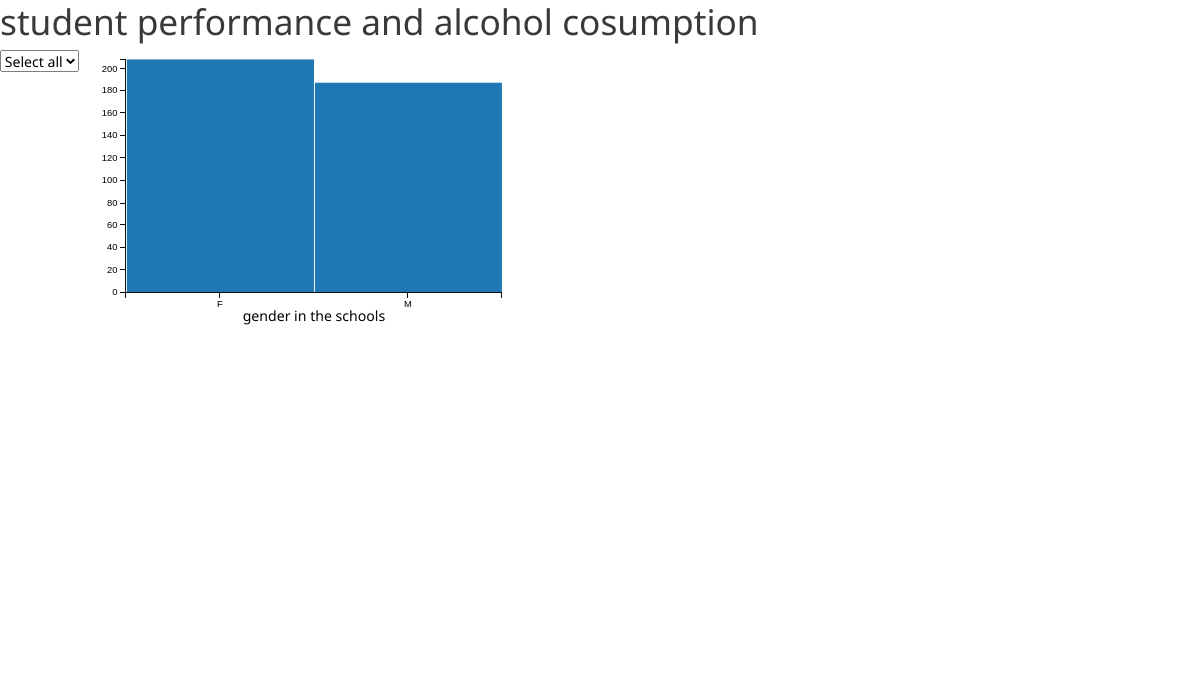
Repository: Baal89/second-milestone-project
Page: index.html
The author's editor kept a record of every edit. The page is drawn from the files as they stood at one moment, then again after the next edit.
The browser window is 1280 px wide. The pictures show the whole page, at 94% of full size.

Above is the page before.
Console error: TypeError: Cannot read properties of null (reading 'textContent')

### index.html
<!DOCTYPE html>
<html>
    <head>
        <meta charset="UTF-8">
        <meta name="viewport" content="width=device-width, initial-scale=1.0">
        <meta http-equiv="X-UA-Compatible" content"ie=edge">
        <title> dashboard </title>

        <link rel="stylesheet" href="static/css/bootstrap.min.css" type="text/css" />
        <link rel="stylesheet" href="static/css/dc.min.css" type="text/css" />

        <script type="text/javascript" src="static/js/d3.min.js"></script>
        <script type="text/javascript" src="static/js/crossfilter.min.js"></script>
        <script type="text/javascript" src="static/js/dc.min.js"></script>
        <script type="text/javascript" src="static/js/queue.min.js"></script>
        <script type="text/javascript" src="static/js/graph.js"></script>

    </head>

    <body>


        <h1> student performance and alcohol cosumption </h1>

        <div id="discipline-selector"></div>

        <div id="sex-distribution"></div>


    </body>
</html>

### static/js/graph.js
queue()
    .defer(d3.csv, "data/student-mat.csv")
    .await(makeGraphs);

function makeGraphs(error, performanceData) {
    var ndx = crossfilter(performanceData);

    show_discipline_selector(ndx);

    show_sex_distribution(ndx);
    show_age_distribution(ndx);
    show_mother_education(ndx);
    show_father_education(ndx);

    show_performance_to_workday_alcohol_cosumption(ndx);

    dc.renderAll();
}

function show_discipline_selector(ndx) {
    dim = ndx.dimension(dc.pluck("discipline"))
    group = dim.group()

    dc.selectMenu("#discipline-selector")
        .dimension(dim)
        .group(group);
}

function show_sex_distribution(ndx) {
    var dim = ndx.dimension(dc.pluck("sex"));
    var group = dim.group();

    dc.barChart("#sex-distribution")
        .width(500)
        .height(300)
        .margins({ top: 10, right: 50, bottom: 30, left: 50 })
        .dimension(dim)
        .group(group)
        .transitionDuration(500)
        .x(d3.scale.ordinal())
        .xUnits(dc.units.ordinal)
        .elasticY(true)
        .xAxisLabel("gender in the schools")
        .yAxis().ticks(10);
}

function show_age_distribution(ndx) {
    var dim = ndx.dimension(dc.pluck("age"));
    var group = dim.group();

    dc.barChart("#age-distribution")
        .width(500)
        .height(300)
        .margins({ top: 10, right: 50, bottom: 30, left: 50 })
        .dimension(dim)
        .group(group)
        .transitionDuration(500)
        .x(d3.scale.ordinal())
        .xUnits(dc.units.ordinal)
        .elasticY(true)
        .xAxisLabel("age population in the schools")
        .yAxis().ticks(10);
}

function show_mother_education(ndx) {

    function motherEducation(dimension, Medu) {
        return dimension.group().reduce(
            function(p, v) {
                p.total++;
                if (v.Medu == Medu) {
                    p.match++;
                }
                return p;
            },
            function(p, v) {
                p.total--;
                if (v.Medu == Medu) {
                    p.match--;
                }
                return p;
            },
            function() {
                return { total: 0, match: 0 };
            }
        );

    }
    var dim = ndx.dimension(dc.pluck("sex"));
    var noneMotherEducation = motherEducation(dim, "0");
    var firstMotherEducation = motherEducation(dim, "1");
    var secondaryMotherEducation = motherEducation(dim, "2");
    var secondaryGradeMotherEducation = motherEducation(dim, "3");
    var higherMotherEducation = motherEducation(dim, "4");


    dc.barChart("#mother-education")
        .width(500)
        .height(300)
        .dimension(dim)
        .group(noneMotherEducation)
        .stack(secondaryGradeMotherEducation)
        .stack(secondaryMotherEducation)
        .stack(firstMotherEducation)
        .stack(higherMotherEducation)
        .valueAccessor(function(d) {
            if (d.value.total > 0) {
                return (d.value.match / d.value.total) * 100;
            }
            else {
                return 0;
            }
        })
        .x(d3.scale.ordinal())
        .xUnits(dc.units.ordinal)
        .legend(dc.legend().x(420).y(20).itemHeight(15).gap(5))
        .margins({ top: 10, right: 100, bottom: 30, left: 30 });
}

function show_father_education(ndx) {

    function fatherEducation(dimension, Fedu) {
        return dimension.group().reduce(
            function(p, v) {
                p.total++;
                if (v.Fedu == Fedu) {
                    p.match++;
                }
                return p;
            },
            function(p, v) {
                p.total--;
                if (v.Fedu == Fedu) {
                    p.match--;
                }
                return p;
            },
            function() {
                return { total: 0, match: 0 };
            }
        );

    }
    var dim = ndx.dimension(dc.pluck("sex"));
    var noneFatherEducation = fatherEducation(dim, "0");
    var firstFatherEducation = fatherEducation(dim, "1");
    var secondaryFatherEducation = fatherEducation(dim, "2");
    var secondaryGradeFatherEducation = fatherEducation(dim, "3");
    var higherFatherEducation = fatherEducation(dim, "4")


    dc.barChart("#father-education")
        .width(500)
        .height(300)
        .dimension(dim)
        .group(noneFatherEducation)
        .stack(secondaryGradeFatherEducation)
        .stack(secondaryFatherEducation)
        .stack(firstFatherEducation)
        .stack(higherFatherEducation)
        .valueAccessor(function(d) {
            if (d.value.total > 0) {
                return (d.value.match / d.value.total) * 100;
            }
            else {
                return 0;
            }
        })
        .x(d3.scale.ordinal())
        .xUnits(dc.units.ordinal)
        .legend(dc.legend().x(420).y(20).itemHeight(15).gap(5))
        .margins({ top: 10, right: 100, bottom: 30, left: 30 });
}

function show_performance_to_workday_alcohol_cosumption(ndx) {
    var performanceDim = ndx.dimension(dc.pluck("G3"))
    var consumptionDim = ndx.dimension(function(d) {
        return [d.G3, d.Dalc];
    });
    var workDayConsumptionGroup = consumptionDim.group();

    var minPerformance = performanceDim.bottom(1)[0].G3;
    var maxPerformance = performanceDim.top(1)[0].G3;

    dc.scatterPlot("#workday-alcohol-graduation")
        .width(800)
        .height(400)
        .x(d3.scale.linear().domain([minPerformance, maxPerformance]))
        .brushOn(false)
        .symbolSize(8)
        .clipPadding(10)
        .xAxisLabel("")
        .title(function(d) {
            return "Work day Consumption " + d.key[1];
        })
        .dimension(consumptionDim)
        .group(workDayConsumptionGroup)
        .margins({ top: 10, right: 50, bottom: 75, left: 75 });
}

Loaded but not shown: static/css/bootstrap.min.css (library); static/css/dc.min.css (library); static/js/d3.min.js (library); static/js/crossfilter.min.js (library); static/js/dc.min.js (library); static/js/queue.min.js (common file)

After the next edit:
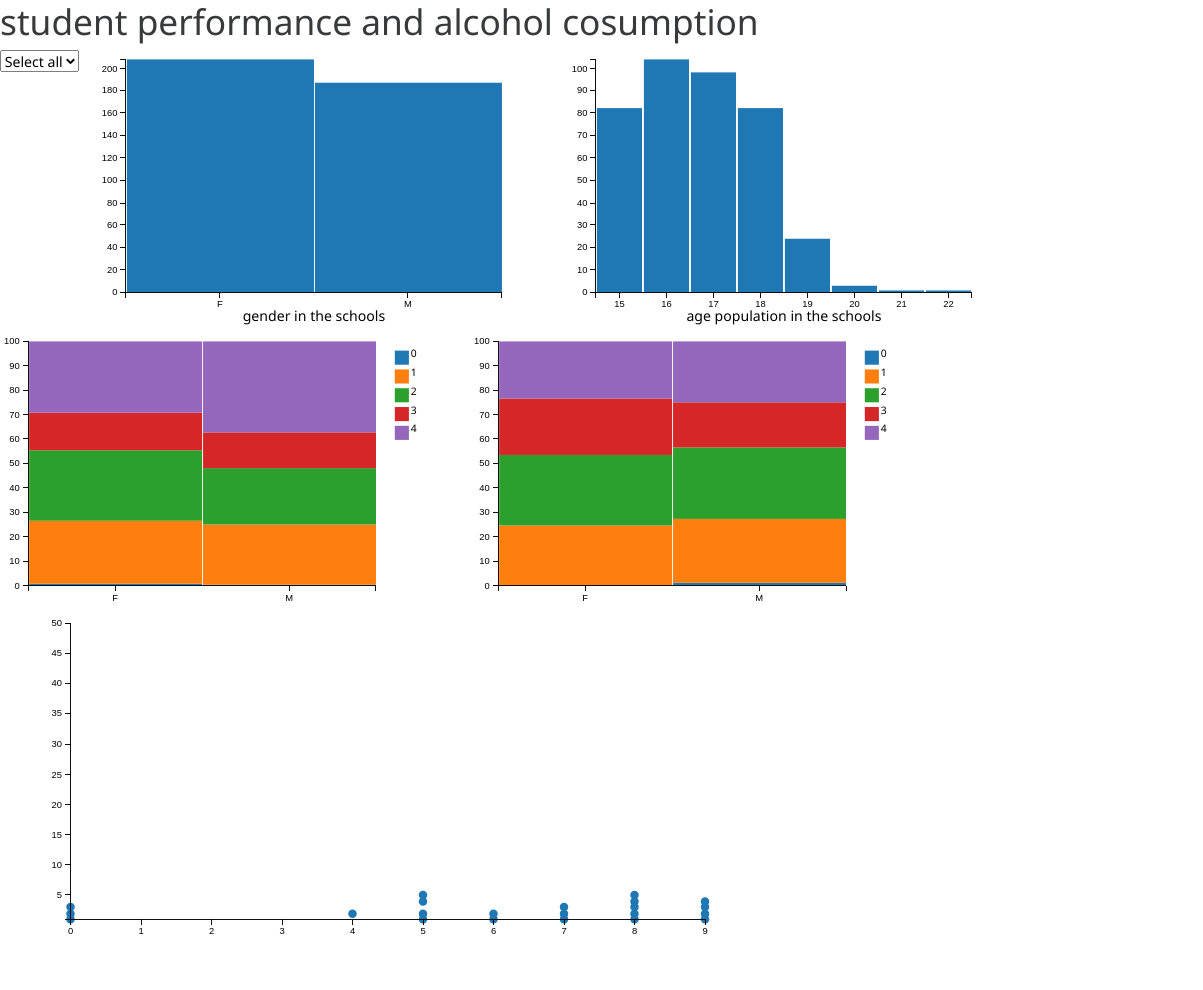
The error is gone.
The edit:
--- a/index.html
+++ b/index.html
@@ -26,6 +26,14 @@
 
         <div id="sex-distribution"></div>
 
+        <div id="age-distribution"></div>
+
+        <div id="mother-education"></div>
+
+        <div id="father-education"></div>
+
+        <div id="workday-alcohol-graduation"></div>
+
 
     </body>
 </html>
